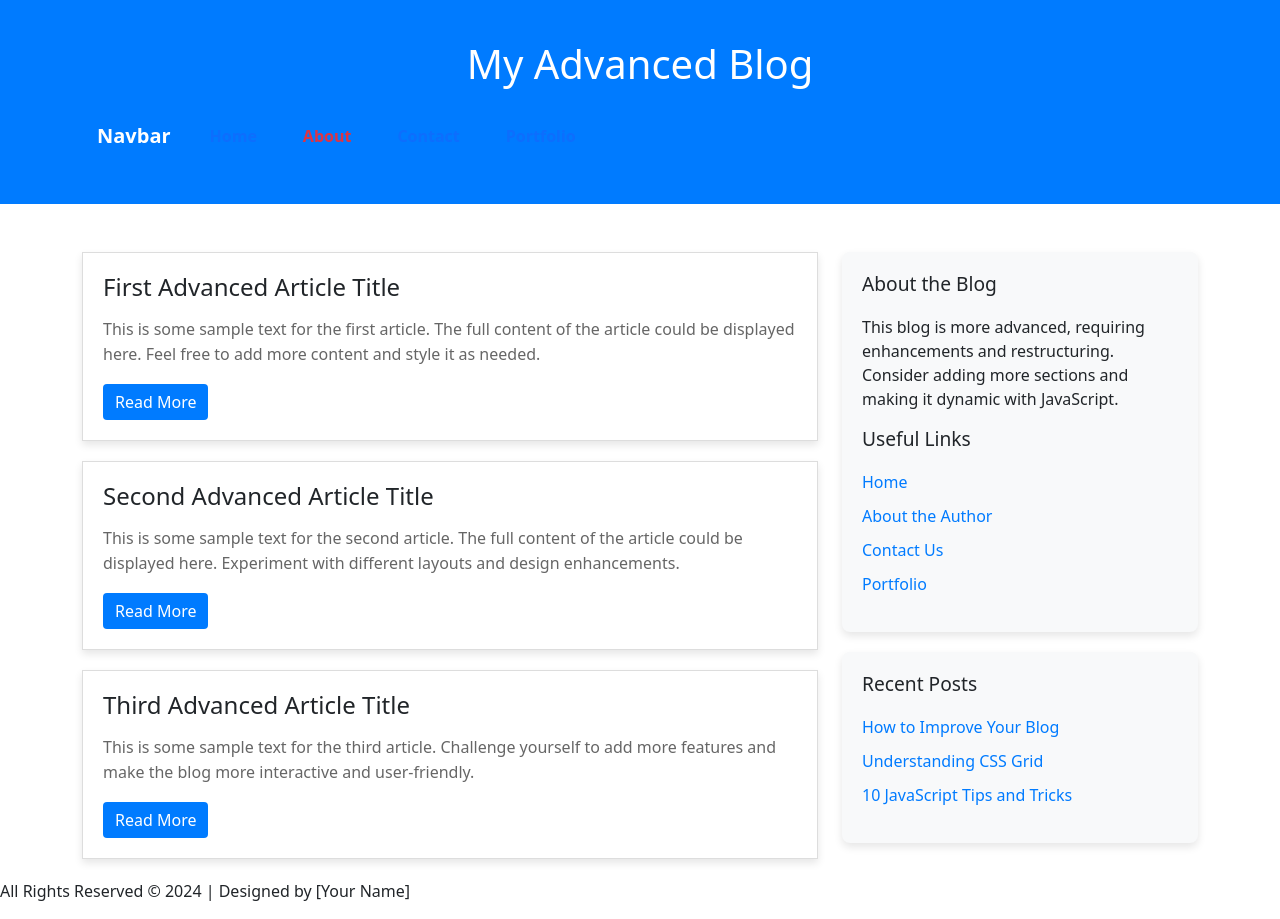
Repository: zeinawady/Blog-Code-Refactoring
Page: index.html
The author's editor kept a copy of each file at every save. The page is drawn from the files as they stood at one save, then again after the next save.
The browser window is 1280 px wide. The pictures show the whole page.

Above is the page before, as saved 2024-09-23 14:27:39.

### index.html
<!DOCTYPE html>
<html lang="en">
  <head>
    <meta charset="UTF-8" />
    <meta name="viewport" content="width=device-width, initial-scale=1.0" />
    <title>My Advanced Blog</title>
    <link rel="stylesheet" href="style.css">
    <link
      href="https://cdn.jsdelivr.net/npm/bootstrap@5.1.3/dist/css/bootstrap.min.css"
      rel="stylesheet"
    />

  </head>
  <body>
    <header>
      <h1>My Advanced Blog</h1>
      <nav class="navbar navbar-expand-lg bg-body-tertiary">
        <div class="container">
          <a class="navbar-brand" href="#">Navbar</a>
          <button class="navbar-toggler" type="button" data-bs-toggle="collapse" data-bs-target="#navbarNavAltMarkup" aria-controls="navbarNavAltMarkup" aria-expanded="false" aria-label="Toggle navigation">
            <span class="navbar-toggler-icon">click</span>
          </button>
          <div class="collapse navbar-collapse" id="navbarNavAltMarkup">
            <div class="navbar-nav">
              <a class="nav-link active" aria-current="page" href="#">Home</a>
              <a class="nav-link text-danger" href="#">About</a>
              <a class="nav-link" href="#">Contact</a>
              <a class="nav-link" href="#">Portfolio</a>



            </div>
          </div>
        </div>
      </nav>

    </header>

    <div class="container mt-5">
      <div class="row">
        <div class="col-lg-8">
          <article>
            <h2>First Advanced Article Title</h2>
            <p>
              This is some sample text for the first article. The full content
              of the article could be displayed here. Feel free to add more
              content and style it as needed.
            </p>
            <button class="btn btn-primary">Read More</button>
          </article>
          <article>
            <h2>Second Advanced Article Title</h2>
            <p>
              This is some sample text for the second article. The full content
              of the article could be displayed here. Experiment with different
              layouts and design enhancements.
            </p>
            <button class="btn btn-primary">Read More</button>
          </article>
          <article>
            <h2>Third Advanced Article Title</h2>
            <p>
              This is some sample text for the third article. Challenge yourself
              to add more features and make the blog more interactive and
              user-friendly.
            </p>
            <button class="btn btn-primary">Read More</button>
          </article>
        </div>
        <div class="col-md-4">
          <aside>
            <h3>About the Blog</h3>
            <p>
              This blog is more advanced, requiring enhancements and
              restructuring. Consider adding more sections and making it dynamic
              with JavaScript.
            </p>
            <h3>Useful Links</h3>
            <ul>
              <li><a href="#">Home</a></li>
              <li><a href="#">About the Author</a></li>
              <li><a href="#">Contact Us</a></li>
              <li><a href="#">Portfolio</a></li>
            </ul>
          </aside>
          <aside>
            <h3>Recent Posts</h3>
            <ul>
              <li><a href="#">How to Improve Your Blog</a></li>
              <li><a href="#">Understanding CSS Grid</a></li>
              <li><a href="#">10 JavaScript Tips and Tricks</a></li>
            </ul>
          </aside>
        </div>
      </div>
    </div>

    <footer>
      <p>All Rights Reserved © 2024 | Designed by [Your Name]</p>
    </footer>

    <script src="https://cdn.jsdelivr.net/npm/bootstrap@5.1.3/dist/js/bootstrap.bundle.min.js"></script>
  </body>
</html>

### style.css
body {
    font-family: Arial, sans-serif;
    background-color: #f4f4f9;
  }
  header {
    background-color: #007bff;
    color: white;
    padding: 40px 0;
    text-align: center;
    position: relative;
  }
  header::after {
    content: "";
    position: absolute;
    bottom: -20px;
    left: 50%;
    transform: translateX(-50%);
    width: 100px;
    height: 5px;
    background-color: white;
  }
  .navbar {
    display: flex;
    justify-content: center;
    margin-top: 20px;
  }
  nav a {
    color: white;
    margin: 0 15px;
    text-decoration: none;
    font-weight: bold;
  }
  nav a:hover {
    text-decoration: underline;
  }
  article {
    border: 1px solid #ddd;
    margin-bottom: 20px;
    padding: 20px;
    background-color: white;
    box-shadow: 0 4px 8px rgba(0, 0, 0, 0.1);
    transition: transform 0.3s ease, box-shadow 0.3s ease;
  }
 artcile:hover {
    transform: translateY(-5px);
    box-shadow: 0 8px 16px rgba(0, 0, 0, 0.2);
  }
  article h2 {
    font-size: 1.5rem;
    margin-bottom: 15px;
  }
  article p {
    color: #666;
    line-height: 1.6;
  }
  article .btn-primary {
    background-color: #007bff;
    border: none;
  }
  article .btn-primary:hover {
    background-color: #0056b3;
  }
  aside {
    background-color: #f8f9fa;
    padding: 20px;
    border-radius: 8px;
    box-shadow: 0 4px 8px rgba(0, 0, 0, 0.1);
    margin-bottom: 20px;
  }
  aside h3 {
    margin-bottom: 20px;
    font-size: 1.2rem;
  }
  aside ul {
    list-style-type: none;
    padding-left: 0;
  }
  aside ul li {
    margin-bottom: 10px;
  }
  aside ul li a {
    color: #007bff;
    text-decoration: none;
  }
  aside ul li a:hover {
    text-decoration: underline;
  }
  .footer {
    background-color: #343a40;
    color: white;
    text-align: center;
    padding: 20px;
    margin-top: 40px;
  }
  .footer p {
    margin: 0;
  }

After the next save:
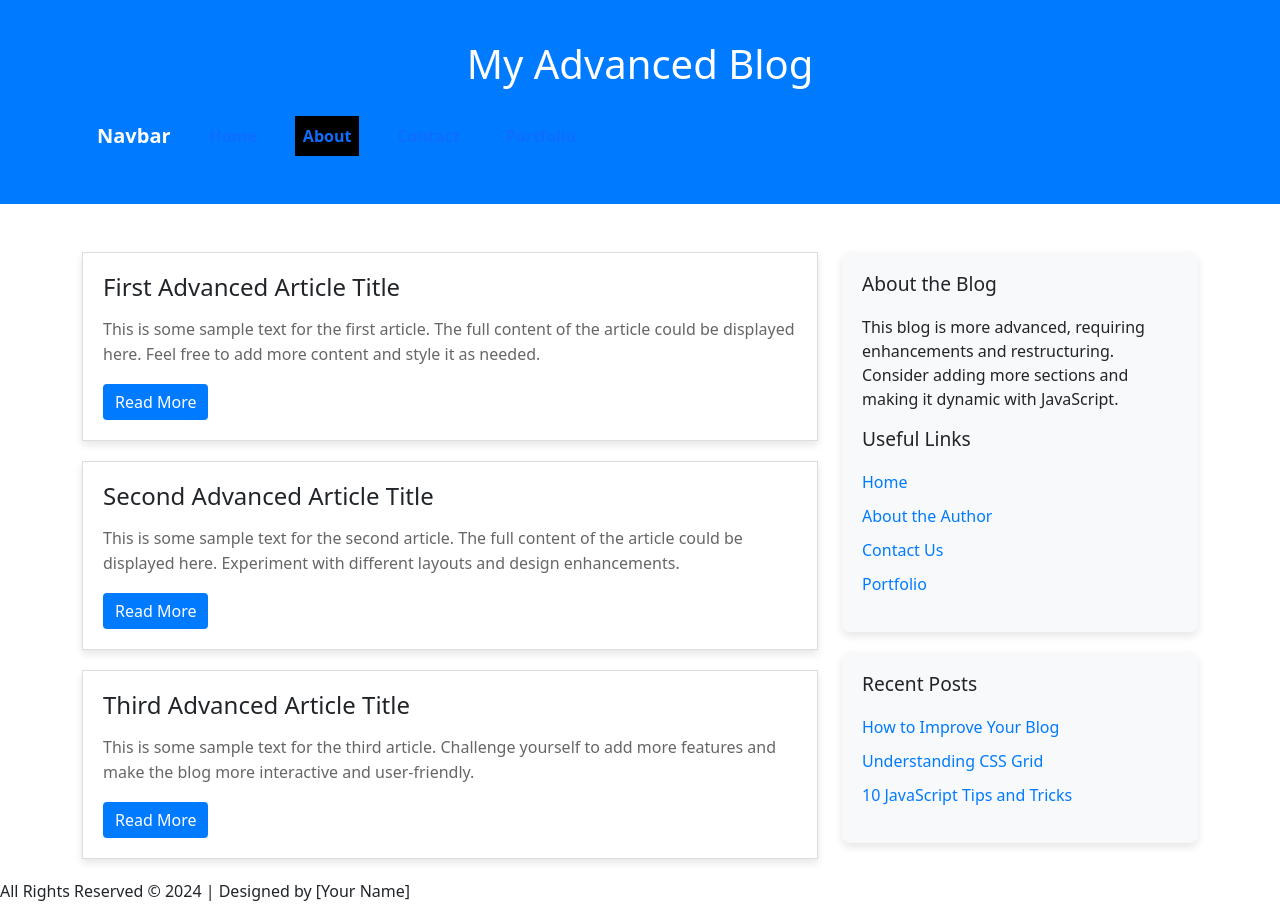
Saved 6 s later.
--- a/index.html
+++ b/index.html
@@ -23,7 +23,7 @@
           <div class="collapse navbar-collapse" id="navbarNavAltMarkup">
             <div class="navbar-nav">
               <a class="nav-link active" aria-current="page" href="#">Home</a>
-              <a class="nav-link text-danger" href="#">About</a>
+              <a class="nav-link bg-black" href="#">About</a>
               <a class="nav-link" href="#">Contact</a>
               <a class="nav-link" href="#">Portfolio</a>
 
